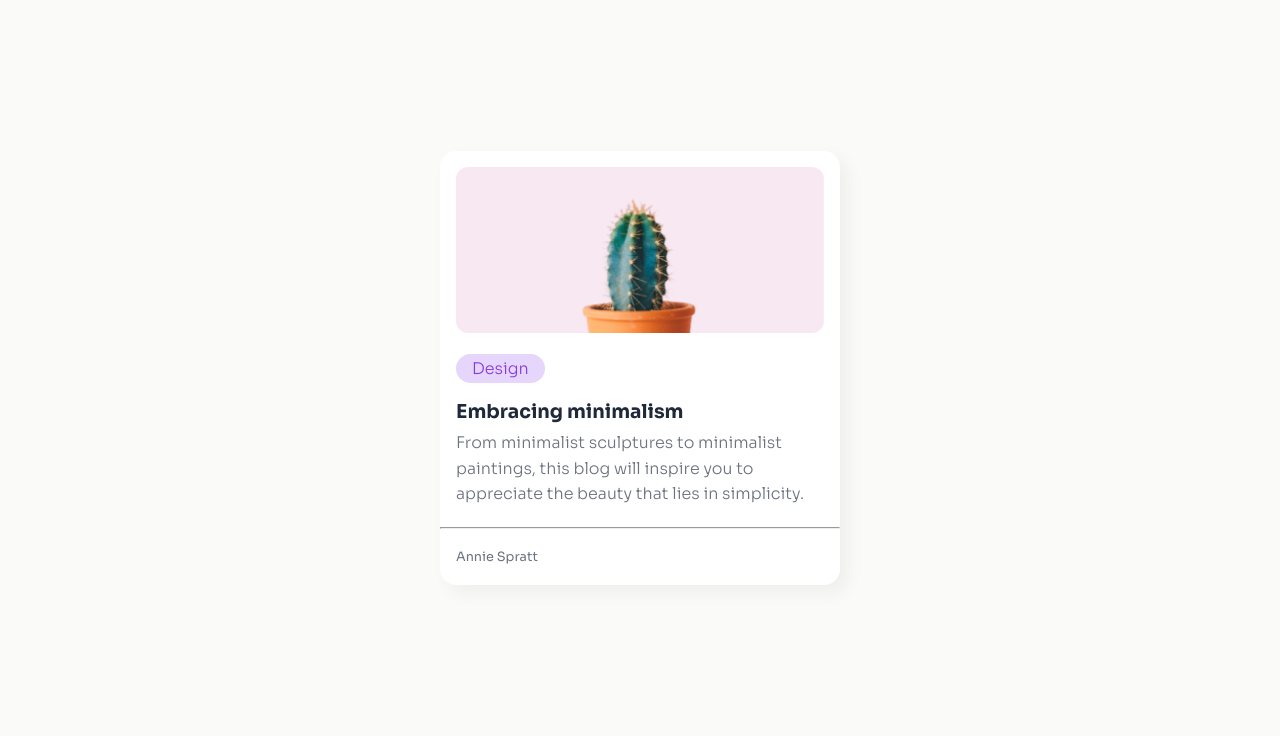
Repository: PCGP22/devChallengesio
Page: 01 - Minimal Blog Card/blogCard.html
The author's editor kept a copy of each file at every save. The page is drawn from the files as they stood at one save, then again after the next save.
The browser window is 1280 px wide. The pictures show the whole page.

Above is the page before, as saved 2024-01-01 20:09:50.

### 01 - Minimal Blog Card/blogCard.html
<!DOCTYPE html>
<html lang="en">
<head>
    <link rel="stylesheet" type="text/css" href="styles.css">
    <meta charset="UTF-8">
    <meta name="viewport" content="width=device-width, initial-scale=1.0">
    <title>Document</title>
</head>
<body>
    <div class="card">
        <img src="./cactus_img.jpg" alt="cactus image">
        <p class="tag">Design</p>
        <h1>Embracing minimalism</h1>
        <p class="text">From minimalist sculptures to minimalist paintings, this blog will inspire you to appreciate the beauty that lies in simplicity.</p>
        <hr/>
        <p class="author">Annie Spratt</p>
    </div>
</body>
</html>

### 01 - Minimal Blog Card/styles.css
@import url('https://fonts.googleapis.com/css2?family=Prata&family=Sora:wght@300;400;500;600;700&display=swap');

:root{
    --purple_text: #883AE1;
    --purple_background: #E6D6FC;
    --line: #E5EAF0;
    --body_background: #FAFAF9;
    --card_background: #FFFFFF;
    --text_title: #20293A;
    --text_body: #6C727F;
    --shadow: #efefee;

    --card_width: 368px;

    font-family: 'Sora', sans-serif;;
    color: var(--text_title);
}

body{
    background-color: var(--body_background);
    display: grid;
    place-content: center;
    min-height: 100svh;
}

.card{
    background-color: var(--card_background);
    padding: 16px;
    max-width: var(--card_width);
    border-radius: 16px;
    box-shadow: var(--shadow) 8px 8px 16px;
}

.card img{
    width: 100%;
    border-radius: 12px;
}

.tag{
    display: inline-block;
    background-color: var(--purple_background);
    color: var(--purple_text);
    font-weight: 600;
    padding: 4px 16px;
    border-radius: 16px;
    margin-block: 16px;
    font-weight: 300;
}

h1{
    font-size: 1.2em;
    margin-top: 0;
    margin-bottom: 6px;
}

.text{
    margin-top: 0;
    margin-bottom: 20px;
    color: var(--text_body);
    font-weight: 300;
    line-height: 1.6em;
}

hr{
    color: var(--line);
    margin-inline: -16px;
    margin-block: 0;
}

.author{
    color: var(--text_body);
    margin-block: 0;
    padding-top: 20px;
    padding-bottom: 4px;
    font-weight: 400;
    font-size: 0.8em;
}

After the next save:
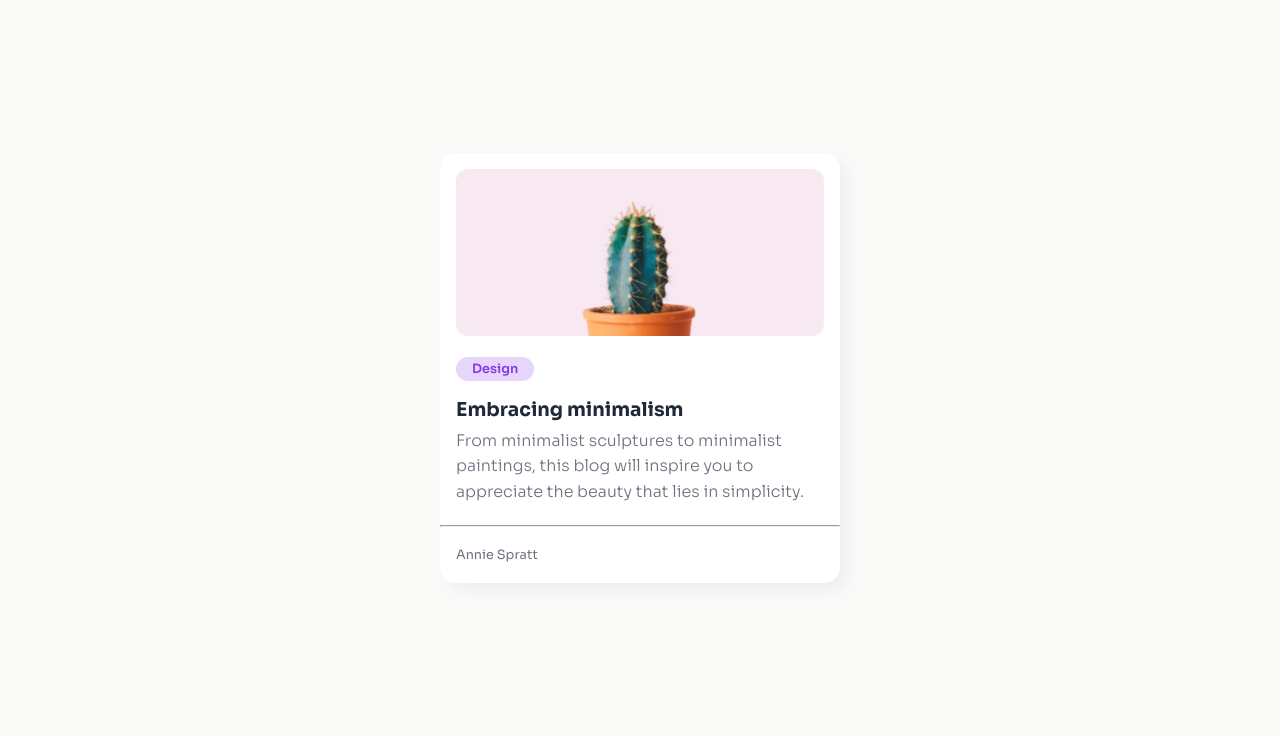
Saved 14 s later.
--- a/01 - Minimal Blog Card/styles.css
+++ b/01 - Minimal Blog Card/styles.css
@@ -44,7 +44,7 @@ body{
     padding: 4px 16px;
     border-radius: 16px;
     margin-block: 16px;
-    font-weight: 300;
+    font-size: 0.8em;
 }
 
 h1{
